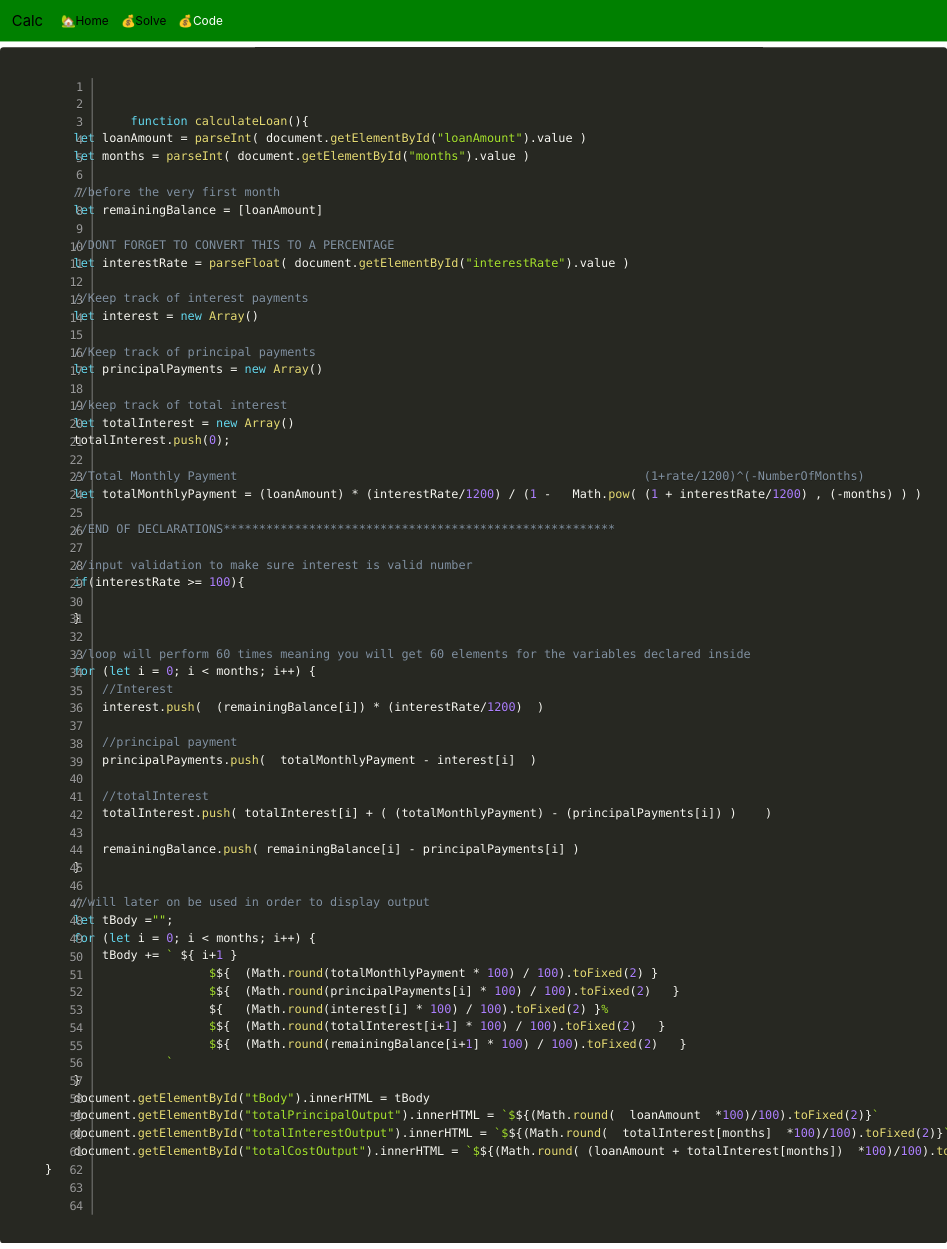
Repository: zhadjah9559/MortgageManager
Page: code.html
The author's editor kept a copy of each file at every save. The page is drawn from the files as they stood at one save, then again after a run of saves.
The browser window is 1280 px wide. The pictures show the whole page, at 74% of full size.

Above is the page before, as saved 2021-01-17 14:18:38.

After the next 2 saves:
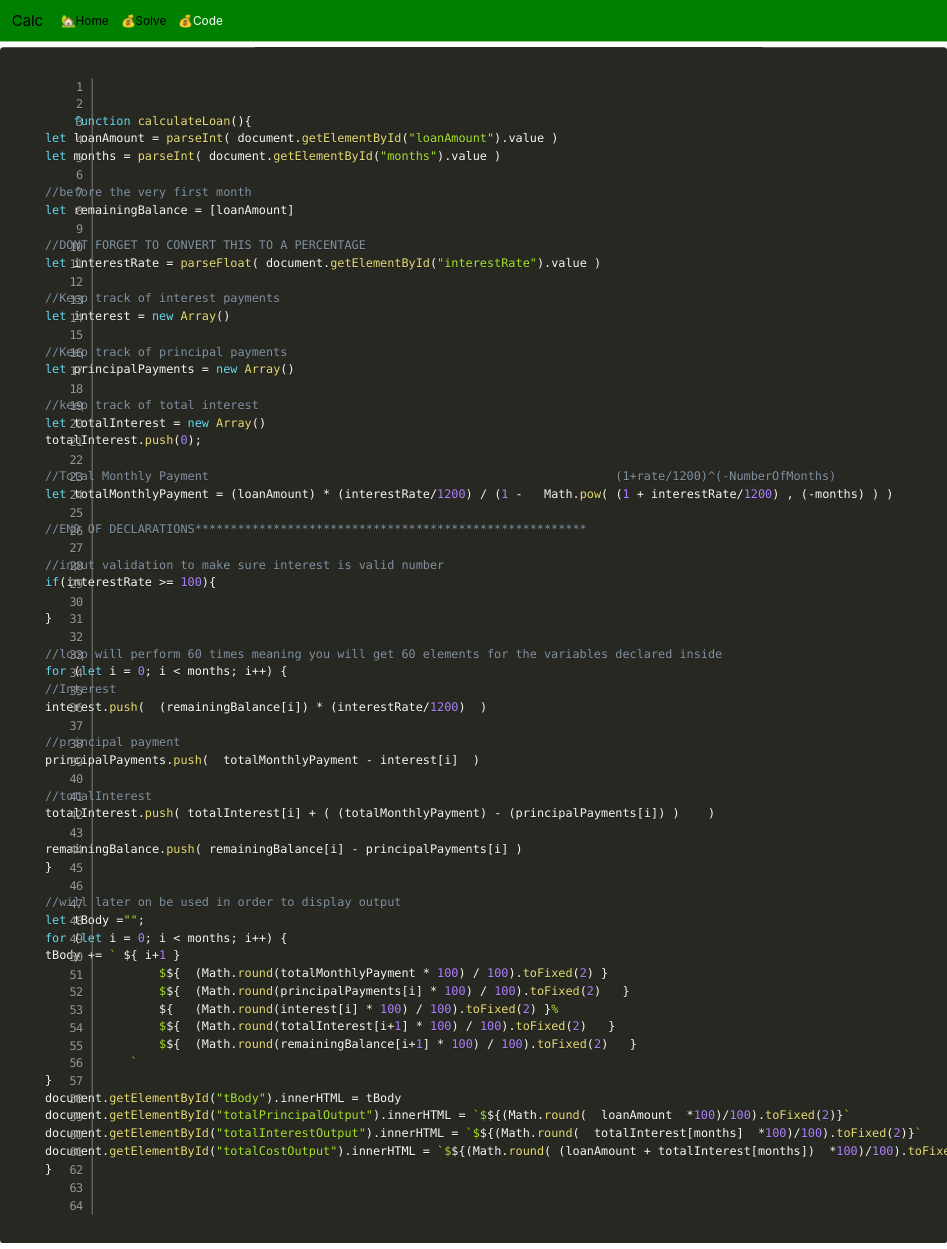
The 2 saves are shown as one change because they came seconds apart.
The last was saved 93 s later.
--- a/code.html
+++ b/code.html
@@ -35,65 +35,65 @@
     <pre class="line-numbers language-javascript">
         <code class="language-javascript">
 
-            function calculateLoan(){
-    let loanAmount = parseInt( document.getElementById("loanAmount").value )
-    let months = parseInt( document.getElementById("months").value )
+    function calculateLoan(){
+let loanAmount = parseInt( document.getElementById("loanAmount").value )
+let months = parseInt( document.getElementById("months").value )
 
-    //before the very first month
-    let remainingBalance = [loanAmount]
+//before the very first month
+let remainingBalance = [loanAmount]
 
-    //DONT FORGET TO CONVERT THIS TO A PERCENTAGE
-    let interestRate = parseFloat( document.getElementById("interestRate").value )
+//DONT FORGET TO CONVERT THIS TO A PERCENTAGE
+let interestRate = parseFloat( document.getElementById("interestRate").value )
 
-    //Keep track of interest payments
-    let interest = new Array()
+//Keep track of interest payments
+let interest = new Array()
 
-    //Keep track of principal payments
-    let principalPayments = new Array()
+//Keep track of principal payments
+let principalPayments = new Array()
 
-    //keep track of total interest
-    let totalInterest = new Array()
-    totalInterest.push(0);
+//keep track of total interest
+let totalInterest = new Array()
+totalInterest.push(0);
 
-    //Total Monthly Payment                                                         (1+rate/1200)^(-NumberOfMonths)
-    let totalMonthlyPayment = (loanAmount) * (interestRate/1200) / (1 -   Math.pow( (1 + interestRate/1200) , (-months) ) )
+//Total Monthly Payment                                                         (1+rate/1200)^(-NumberOfMonths)
+let totalMonthlyPayment = (loanAmount) * (interestRate/1200) / (1 -   Math.pow( (1 + interestRate/1200) , (-months) ) )
 
-    //END OF DECLARATIONS*******************************************************
+//END OF DECLARATIONS*******************************************************
 
-    //input validation to make sure interest is valid number
-    if(interestRate >= 100){
+//input validation to make sure interest is valid number
+if(interestRate >= 100){
 
-    }
+}
 
-    //loop will perform 60 times meaning you will get 60 elements for the variables declared inside
-    for (let i = 0; i < months; i++) {
-        //Interest
-        interest.push(  (remainingBalance[i]) * (interestRate/1200)  )
+//loop will perform 60 times meaning you will get 60 elements for the variables declared inside
+for (let i = 0; i < months; i++) {
+//Interest
+interest.push(  (remainingBalance[i]) * (interestRate/1200)  )
 
-        //principal payment
-        principalPayments.push(  totalMonthlyPayment - interest[i]  )
+//principal payment
+principalPayments.push(  totalMonthlyPayment - interest[i]  )
 
-        //totalInterest
-        totalInterest.push( totalInterest[i] + ( (totalMonthlyPayment) - (principalPayments[i]) )    )
+//totalInterest
+totalInterest.push( totalInterest[i] + ( (totalMonthlyPayment) - (principalPayments[i]) )    )
 
-        remainingBalance.push( remainingBalance[i] - principalPayments[i] )
-    }
+remainingBalance.push( remainingBalance[i] - principalPayments[i] )
+}
 
-    //will later on be used in order to display output
-    let tBody ="";
-    for (let i = 0; i < months; i++) {
-        tBody += `<tr> <td>${ i+1 }</td>
-                       <td>$${  (Math.round(totalMonthlyPayment * 100) / 100).toFixed(2) }</td>
-                       <td>$${  (Math.round(principalPayments[i] * 100) / 100).toFixed(2)   }</td>
-                       <td>${   (Math.round(interest[i] * 100) / 100).toFixed(2) }%</td>
-                       <td>$${  (Math.round(totalInterest[i+1] * 100) / 100).toFixed(2)   }</td>
-                       <td>$${  (Math.round(remainingBalance[i+1] * 100) / 100).toFixed(2)   }</td>
-                 </tr>`
-    }
-    document.getElementById("tBody").innerHTML = tBody
-    document.getElementById("totalPrincipalOutput").innerHTML = `$${(Math.round(  loanAmount  *100)/100).toFixed(2)}`
-    document.getElementById("totalInterestOutput").innerHTML = `$${(Math.round(  totalInterest[months]  *100)/100).toFixed(2)}`
-    document.getElementById("totalCostOutput").innerHTML = `$${(Math.round( (loanAmount + totalInterest[months])  *100)/100).toFixed(2)}`
+//will later on be used in order to display output
+let tBody ="";
+for (let i = 0; i < months; i++) {
+tBody += `<tr> <td>${ i+1 }</td>
+                <td>$${  (Math.round(totalMonthlyPayment * 100) / 100).toFixed(2) }</td>
+                <td>$${  (Math.round(principalPayments[i] * 100) / 100).toFixed(2)   }</td>
+                <td>${   (Math.round(interest[i] * 100) / 100).toFixed(2) }%</td>
+                <td>$${  (Math.round(totalInterest[i+1] * 100) / 100).toFixed(2)   }</td>
+                <td>$${  (Math.round(remainingBalance[i+1] * 100) / 100).toFixed(2)   }</td>
+            </tr>`
+}
+document.getElementById("tBody").innerHTML = tBody
+document.getElementById("totalPrincipalOutput").innerHTML = `$${(Math.round(  loanAmount  *100)/100).toFixed(2)}`
+document.getElementById("totalInterestOutput").innerHTML = `$${(Math.round(  totalInterest[months]  *100)/100).toFixed(2)}`
+document.getElementById("totalCostOutput").innerHTML = `$${(Math.round( (loanAmount + totalInterest[months])  *100)/100).toFixed(2)}`
 }
 
         </code>
